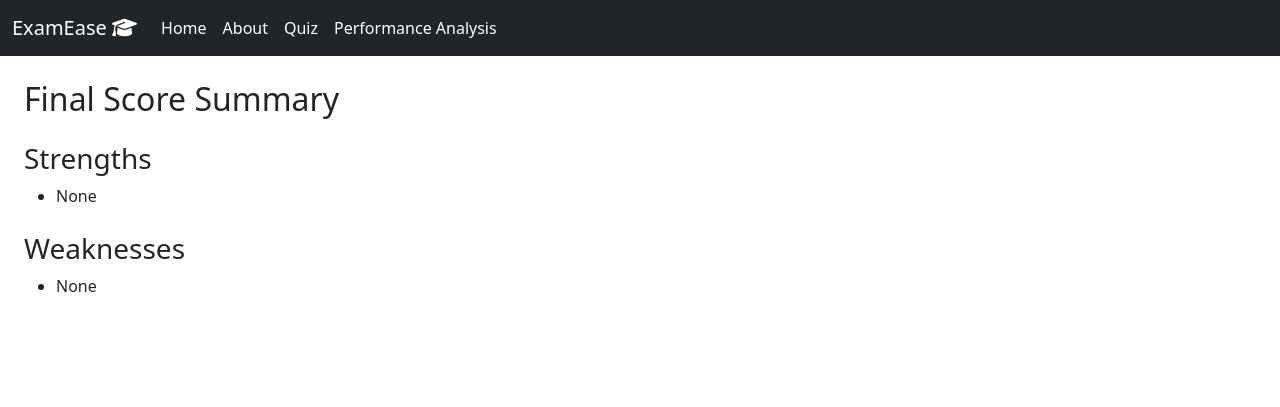
Repository: rahul-chakradhari/devquest
Page: /ana (app in project/)
These files come from the project's save history. The page is drawn as it stood at one moment and after the next save; the edit follows.
The browser window is 1280 px wide. The pictures show the whole page.
The project was rebuilt for these pictures with package versions that can differ from the ones it lists, and the page was loaded fresh each time. Also part of the build but not shown: project/vite.config.js, project/src/App.css, project/src/components/Home.jsx, project/src/components/About.jsx, project/src/components/ProgressBar.jsx, project/src/components/Quiz.jsx, project/src/index.css.

Above is the page before, as saved 2025-02-24 13:47:57.

After the next save:
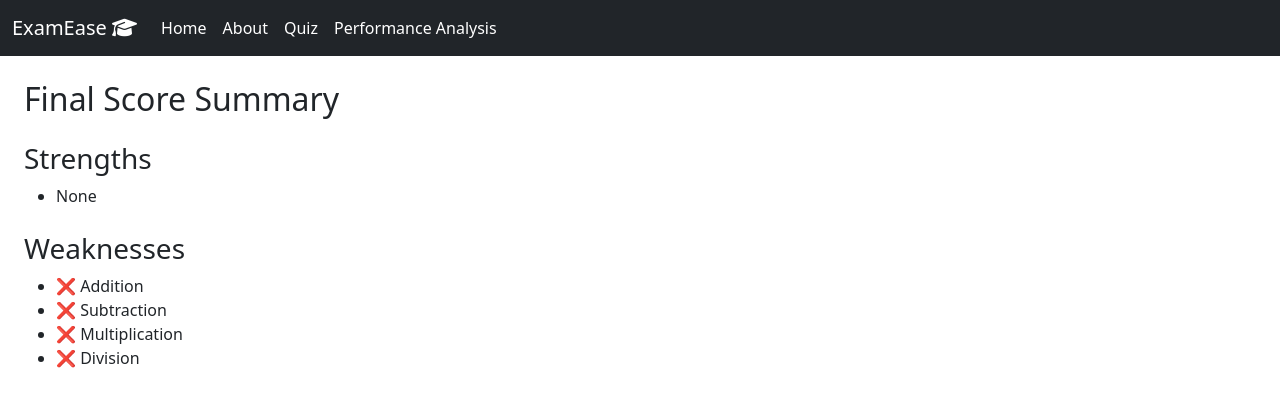
Saved 3 min 5 s later.
--- a/project/src/components/PerformanceAnalysis.jsx
+++ b/project/src/components/PerformanceAnalysis.jsx
@@ -35,16 +35,17 @@ const PerformanceAnalysis = ({ correctAnswers = [] }) => {
 
   // Finding max & min attempted operations
   const maxCount = Math.max(...Object.values(questionStats));
-  const minCount = Math.min(...Object.values(questionStats));
 
-  // Identify strengths & weaknesses
+  // Identify strengths
   const strengths = operationCounts
     .filter(([_, count]) => count === maxCount && count > 0)
     .map(([operation]) => operation);
 
-  const weaknesses = operationCounts
-    .filter(([_, count]) => count === minCount && count > 0)
-    .map(([operation]) => operation);
+  // Identify weaknesses (All categories not in strengths)
+  const allCategories = Object.keys(questionCategories);
+  const weaknesses = allCategories.filter(
+    (category) => !strengths.includes(category)
+  );
 
   return (
     <div className="p-4 bg-white rounded-lg shadow-md">
